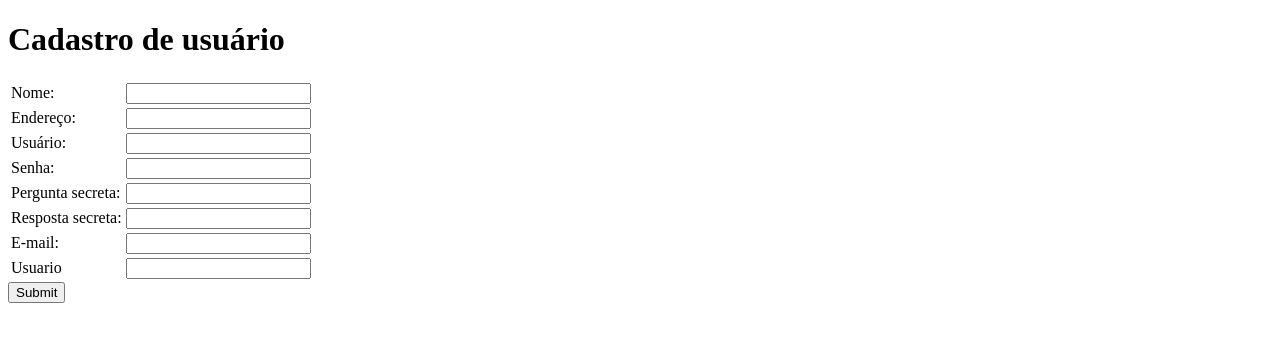
Repository: rsuzumura/fiveslivraria
Page: http://localhost/LivrariaFiveS/formCadastroUsuario.jsp
These files come from the project's save history. The page is drawn as it stood at one moment and after the next save; the edit follows.
The browser window is 1280 px wide. The pictures show the whole page.
The page is served by Tomcat 9.

Above is the page before, as saved 2012-04-15 00:40:05.

After the next save:
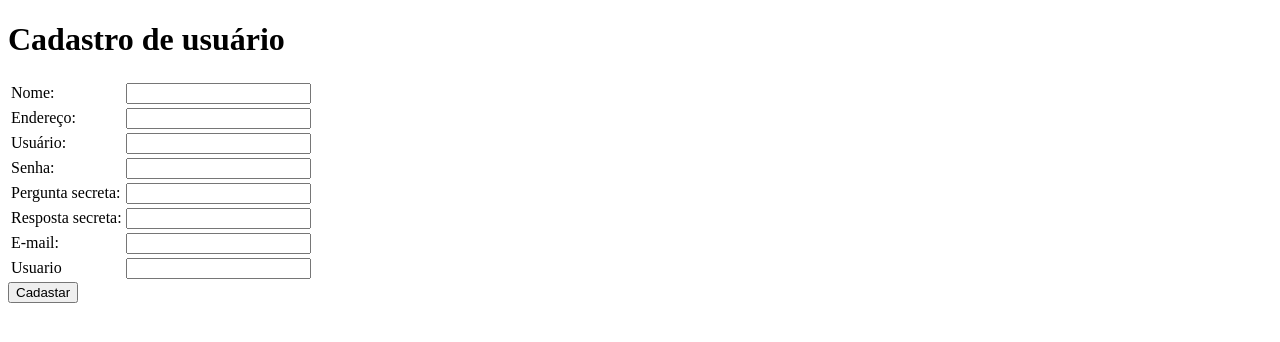
Saved 21 s later.
--- a/LivrariaFiveS - Web/LivrariaFiveS/WebContent/formCadastroUsuario.jsp
+++ b/LivrariaFiveS - Web/LivrariaFiveS/WebContent/formCadastroUsuario.jsp
@@ -42,7 +42,7 @@
 			<td><input id="nmUsuario" type="text"></td>
 		</tr>
 	</table>
-	<input id="btnCadastrar" type="submit" name="Cadastar">
+	<input id="btnCadastrar" type="submit" value="Cadastar">
 
 </body>
 </html>
